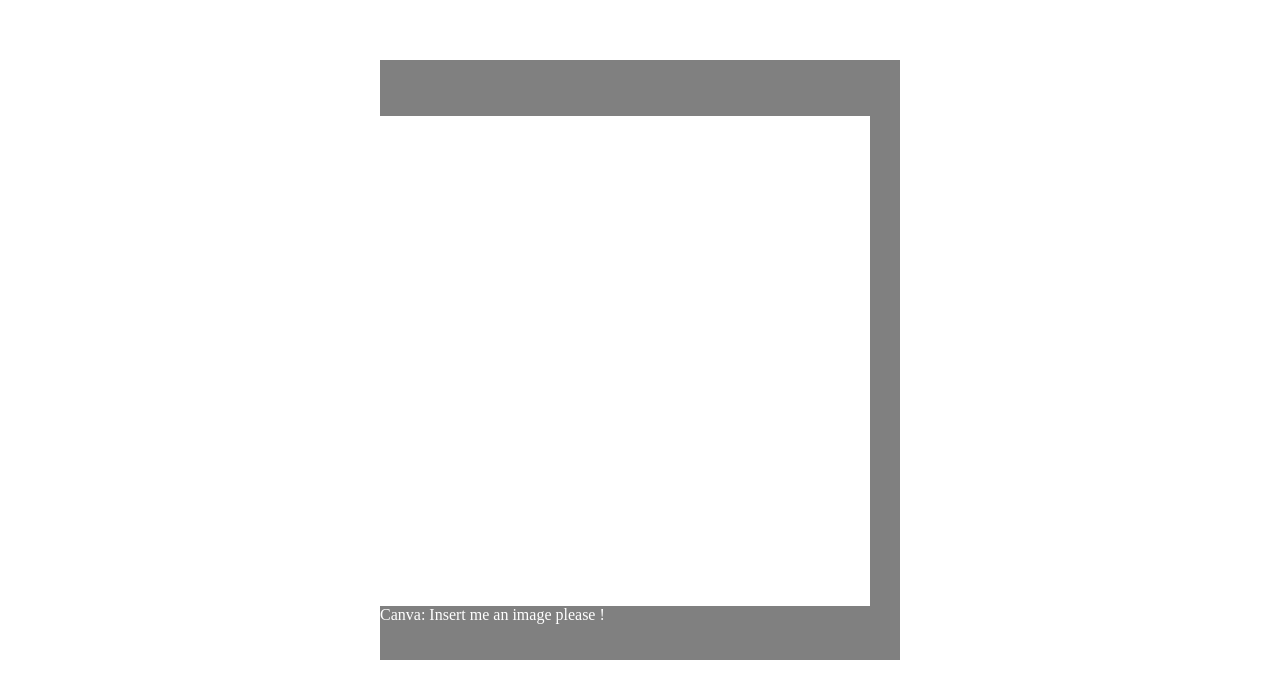
Repository: Sarah7223/internet-programming-tp
Page: TP2/TP02.3.html
The author's editor kept a copy of each file at every save. The page is drawn from the files as they stood at one save, then again after the next save.
The browser window is 1280 px wide. The pictures show the whole page.

Above is the page before, as saved 2023-01-14 11:30:05.

### TP2/TP02.3.html
<html>

<head>
    <style>
        .background{
            height: 100%;
            width: 100%;
            display: flex;
            justify-content: center;
            align-items: center;
        }
        .grey-rectangle{
            height: 600px;
            width: 520px;
            display :flex;
            background-color: grey;
            flex-direction: column;
            justify-content: center;
            align-items: flex-start;

        }
        .display-zone{
            display :flex;
            width: 450px;
            height: 450px;
            background-color: white;
            padding:20px;
            margin-top: 20px;
        }
        .first-line{
            display:flex;
            color:white;
        }


    </style>
</head>
<body>
    <div class="background">
        <div class="grey-rectangle">
            <div class="display-zone"></div>
            <div class="first-line">
                Canva: Insert me an image please !
            </div>

        </div>

    </div>



    <script>
        function handleImage(uploadImgFile){
            var reader=new FileReader();
            reader.onload= function (event){
                var img= new Image();
                img.onload=function () {
                    // Draw an image here

                }
                img.src=event.target.result;
            }
            reader.readAsArrayBuffer(uploadImgFile);
        }
    </script>

</body>
</html>

After the next save:
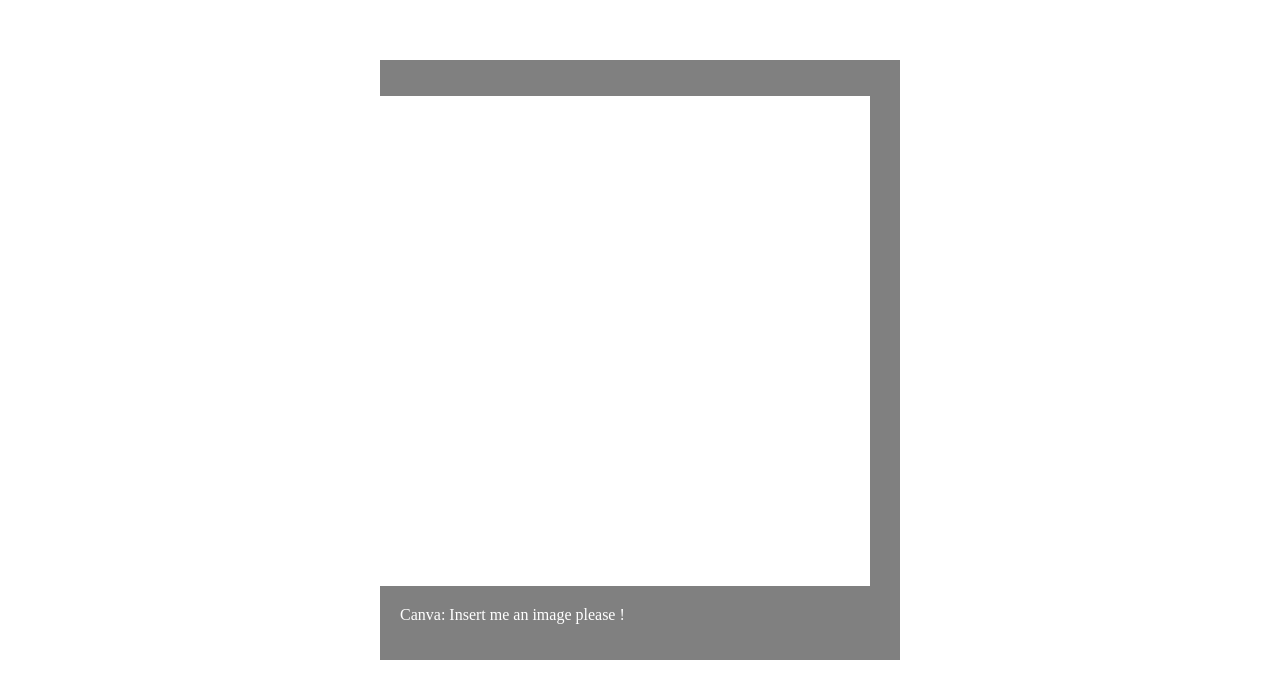
Saved 19 s later.
--- a/TP2/TP02.3.html
+++ b/TP2/TP02.3.html
@@ -30,6 +30,8 @@
         .first-line{
             display:flex;
             color:white;
+            padding:20px;
+            text-align: center;
         }
 
 
